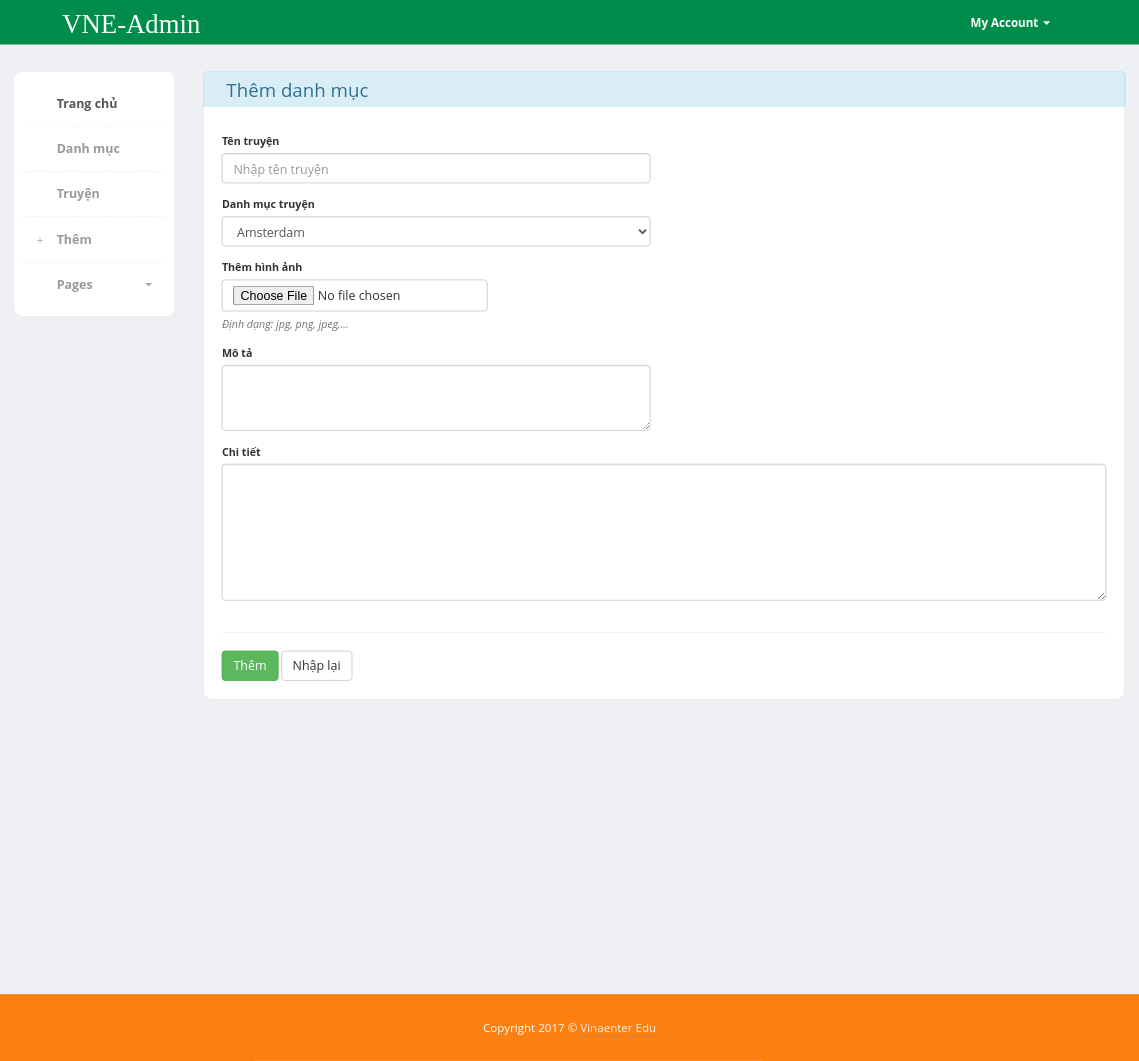
Repository: vantrinh3006/Cland_Springproject
Page: http://localhost/Cland/WEB-INF/views/admin/add.jsp
These files come from the project's save history. The page is drawn as it stood at one moment and after the next save; the edit follows.
The browser window is 1280 px wide. The pictures show the whole page, at 89% of full size.
Some web fonts or font styles are not loaded; a fallback is used. The page is served by Tomcat 9. Nobody is signed in. The template is opened directly, without the code that normally fills it, so the values that code supplies are empty.

Above is the page before, as saved 2021-12-04 04:35:22.

After the next save:
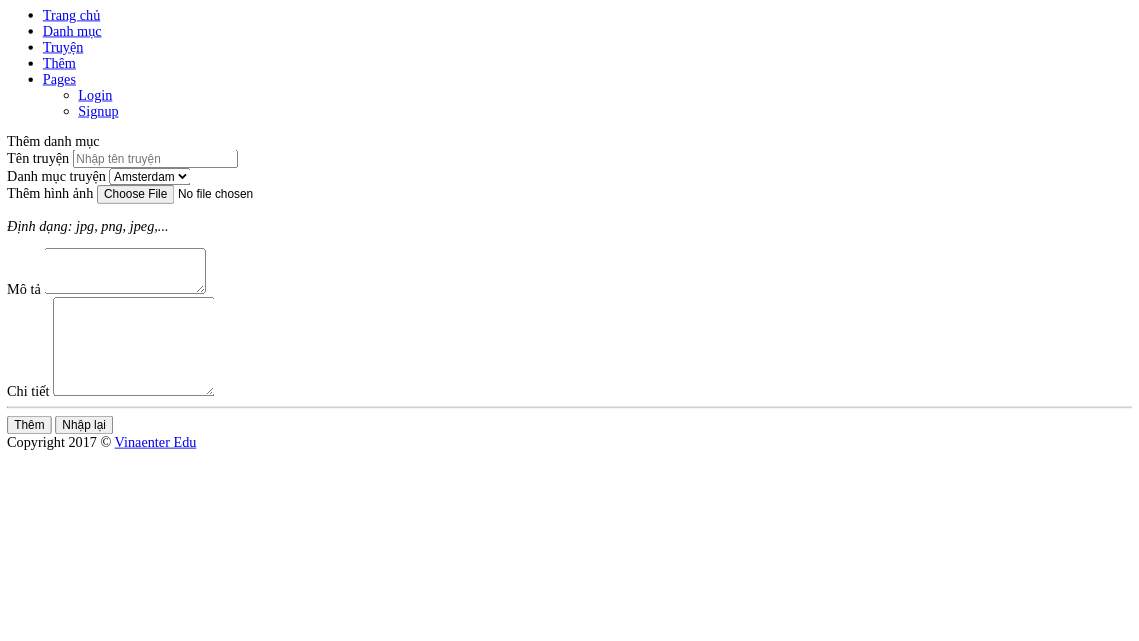
Saved 3 h 56 min later.
--- a/Cland_Project/Cland/src/main/webapp/WEB-INF/views/admin/add.jsp
+++ b/Cland_Project/Cland/src/main/webapp/WEB-INF/views/admin/add.jsp
@@ -2,58 +2,7 @@
 	pageEncoding="UTF-8"%>
 
 <!-- header -->
-<!DOCTYPE html>
-<html>
-  <head>
-    <title>Bootstrap Admin Theme v3</title>
-    <link rel="shortcut icon" type="image/ico" href="images/icon-180x180.png" />
-    <meta name="viewport" content="width=device-width, initial-scale=1.0">
-    <!-- Bootstrap -->
-    <link href="bootstrap/css/bootstrap.min.css" rel="stylesheet">
-    <!-- styles -->
-    <link href="https://fonts.googleapis.com/css?family=Lobster" rel="stylesheet">
-    <link href="css/style1.css" rel="stylesheet">
 
-    <!-- HTML5 Shim and Respond.js IE8 support of HTML5 elements and media queries -->
-    <!-- WARNING: Respond.js doesn't work if you view the page via file:// -->
-    <!--[if lt IE 9]>
-      <script src="https://oss.maxcdn.com/libs/html5shiv/3.7.0/html5shiv.js"></script>
-      <script src="https://oss.maxcdn.com/libs/respond.js/1.3.0/respond.min.js"></script>
-    <![endif]-->
-  </head>
-  <body>
-  	<div class="header">
-	     <div class="container">
-	        <div class="row">
-	           <div class="col-md-5">
-	              <!-- Logo -->
-	              <div class="logo">
-	                 <h1><a href="index.html">VNE-Admin</a></h1>
-	              </div>
-	           </div>
-	           <div class="col-md-5">
-	              <div class="row">
-	                <div class="col-lg-12"></div>
-	              </div>
-	           </div>
-	           <div class="col-md-2">
-	              <div class="navbar navbar-inverse" role="banner">
-	                  <nav class="collapse navbar-collapse bs-navbar-collapse navbar-right" role="navigation">
-	                    <ul class="nav navbar-nav">
-	                      <li class="dropdown">
-	                        <a href="#" class="dropdown-toggle" data-toggle="dropdown">My Account <b class="caret"></b></a>
-	                        <ul class="dropdown-menu animated fadeInUp">
-	                          <li><a href="profile.html">Profile</a></li>
-	                          <li><a href="login.html">Logout</a></li>
-	                        </ul>
-	                      </li>
-	                    </ul>
-	                  </nav>
-	              </div>
-	           </div>
-	        </div>
-	     </div>
-	</div>
 <!-- /.header -->
 
     <div class="page-content">
